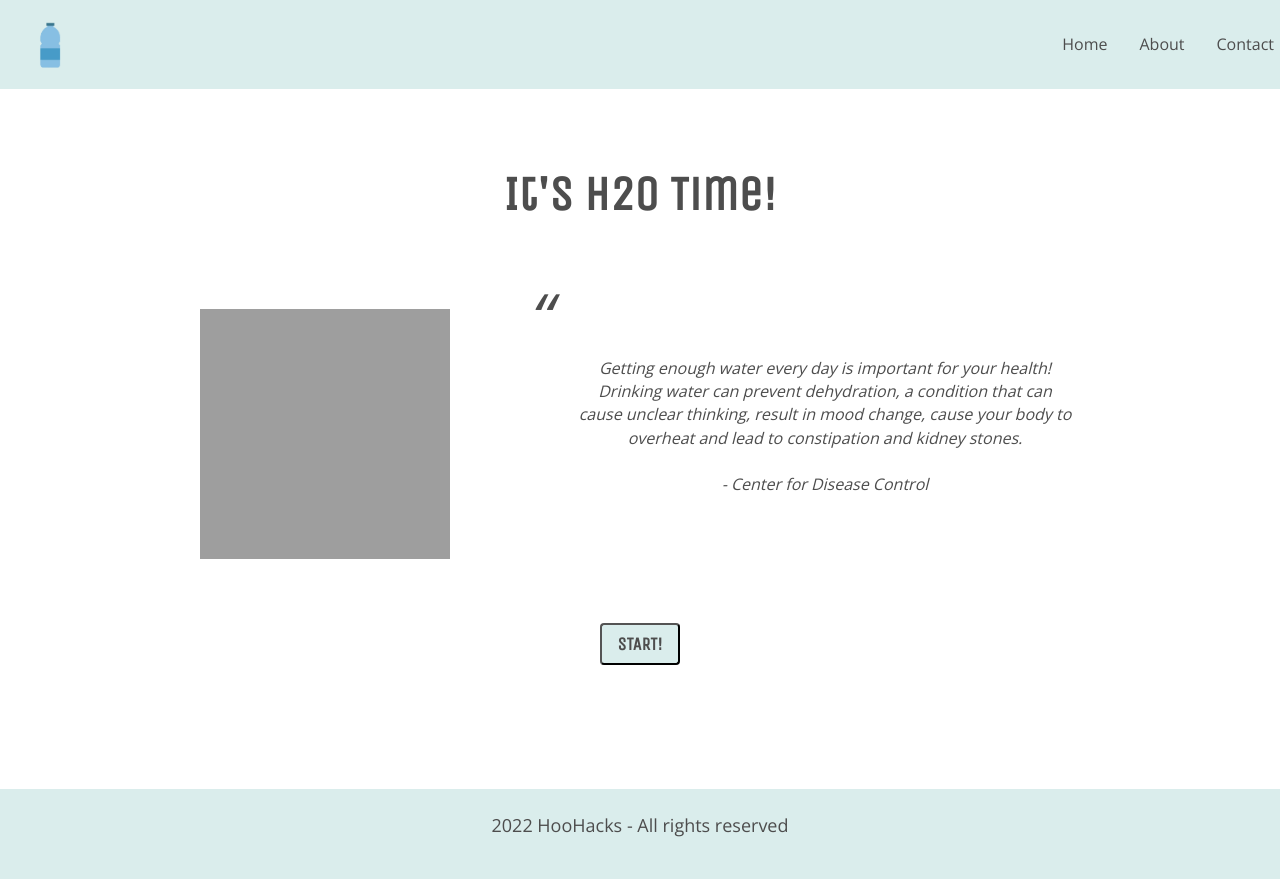
Repository: jennyjjung/H2ODaily
Page: index.html
These files come from the project's save history. The page is drawn as it stood at one moment and after the next save; the edit follows.
The browser window is 1280 px wide. The pictures show the whole page.
Pictures or frames that could not be fetched are drawn as grey boxes.

Above is the page before, as saved 2022-03-26 19:51:32.

### index.html
<!DOCTYPE html>
<html lang="en">
<head>
  <meta charset="UTF-8">
  <meta http-equiv="X-UA-Compatible" content="IE=edge">
  <meta name="viewport" content="width=device-width, initial-scale=1.0">
  <title>H2O Daily</title>
  <link href='https://fonts.googleapis.com/css?family=Unica One' rel='stylesheet'>
  <link href="https://fonts.googleapis.com/css2?family=Open+Sans:wght@400;600;700&display=swap" rel="stylesheet">
  <link rel="stylesheet" href="style.css" />
  <script src="main.js" defer></script>
</head>
<body>

  <nav id="navbar">
    <div class="navbar__logo">
      <a href="index.html"><img src="images/bottle.png" class="navbar__bottle"></a>
    </div>
    <div class="navbar__menu">
      <li class="navbar__menu__item"><a href="index.html">Home</a></li>
      <li class="navbar__menu__item"><a href="about.html">About</a></li>
      <li class="navbar__menu__item"><a href="contact.html">Contact</a></li>
    </div>
  </nav>

  <section id="home">
    <div class= "home__container">
      <h1 class="home__title">It's H2O Time! </h1>
      <div class="home__content">
        <img src="images/krusty_krab.png" alt="H2O Daily Logo" class="home__logo">
        <blockquote>
          Getting enough water every day is important for your health! Drinking water can prevent dehydration, a condition that can cause unclear thinking, result in mood change, cause your body to overheat and lead to constipation and kidney stones.
          <br><br>- Center for Disease Control
        </blockquote>
      </div>
      <button class="btn__home">START!</button>
    </div>
  </section>

  <section id="bottom">
    <div class= "bottom__container">
      <p class="bottom__rights">2022 HooHacks - All rights reserved</p>
    </div>
  </section>

</body>
</html>

### style.css
/* Global */
:root {
  /* Color */
  --color-white: #ffffff;
  --color-dark-grey: #4d4d4d;
  --color-blue: #daedec;
  --color-dark-blue: #b9d8d6;
  --color-yellow: rgb(241, 247, 208);

  /* Font weight */
  --weight-bold: 700;
  --weight-semi-bold: 600;
  --weight-regular: 400;

  /* Font Size */
  --font-large: 48px;
  --font-medium: 28px;
  --font-regular: 18px;
  --font-small: 16px;
  --font-micro: 14px;

  /* Size */
  --size-border-radius: 4px;
}

body {
  margin: 0;
  font-family: "Open Sans";
  cursor: default;
  text-align: center;
}

h1 {
  font-size: var(--font-large);
  font-weight: var(--weight-bold);
  color: var(--color-dark-grey);
  font-family: "Unica One";
  margin: 16px 0px;
}

p {
  font-size: var(--font-regular);
  font-weight: var(--weight-regular);
  color: var(--color-dark-grey);
  margin: 4px 0;
}

li {
  list-style: none;
}

a {
  text-decoration: none;
  color: var(--color-dark-grey);
}

blockquote {
  padding: 5%;
  color: var(--color-dark-grey);
  font-style: italic;
  line-height: 145%;
  position: relative;
  margin-top: 40px;
  width: 500px;
  margin-right: 0;
}

blockquote:before {
  content: "\201C";
  font-size: 400%;
  display: block;
  position: absolute;
  top: -5px;
  left: -3px;
}

/* Navbar */
#navbar {
  position: fixed;
  display: flex;
  justify-content: space-between;
  width: 100%;
  background-color: var(--color-blue);
  padding: 10px;
  align-items: center;
}

.navbar__menu {
  display: flex;
  margin-left: 25px;
}

.navbar__logo {
  font-size: var(--font-medium);
  font-weight: var(--weight-semi-bold);
  justify-content: center;
}

.navbar__bottle {
  width: 50px;
  padding-left: 20px;
  padding-top: 10px;
}

.navbar__menu__item {
  padding: 8px 12px;
  margin: 0 4px;
  cursor: pointer;
  border-radius: var(--size-border-radius);
}

.navbar__menu__item:hover {
  background-color: var(--color-dark-blue);
}

/* Home */
#home,
#contact,
#about {
  padding: 150px 40px 100px 40px;
}

.home__title {
  color: var(--color-dark-grey);
}

.home__content {
  display: flex;
  padding-top: 30px;
  width: 80%;
}

.home__container {
  display: flex;
  flex-direction: column;
  align-items: center;
  justify-content: center;
}

.home__logo {
  width: 250px;
  height: 250px;
  margin: 40px;
}

.btn__home {
  color: var(--color-dark-grey);
  background-color: var(--color-blue);
  font-size: var(--font-regular);
  font-weight: var(--weight-bold);
  font-family: "Unica One";
  margin: 24px;
  padding: 8px 16px;
  border-radius: var(--size-border-radius);
}

.btn__home:hover {
  background-color: var(--color-dark-blue);
}

#bottom {
  background-color: var(--color-blue);
  padding: 20px;
  text-align: center;
  height: 50px;
}

.about__content,
.contact__content {
  width: 70%;
  text-align: center;
  margin: auto;
}

Loaded but not shown: main.js (no copy from this time; the picture is the same without it)

After the next save:
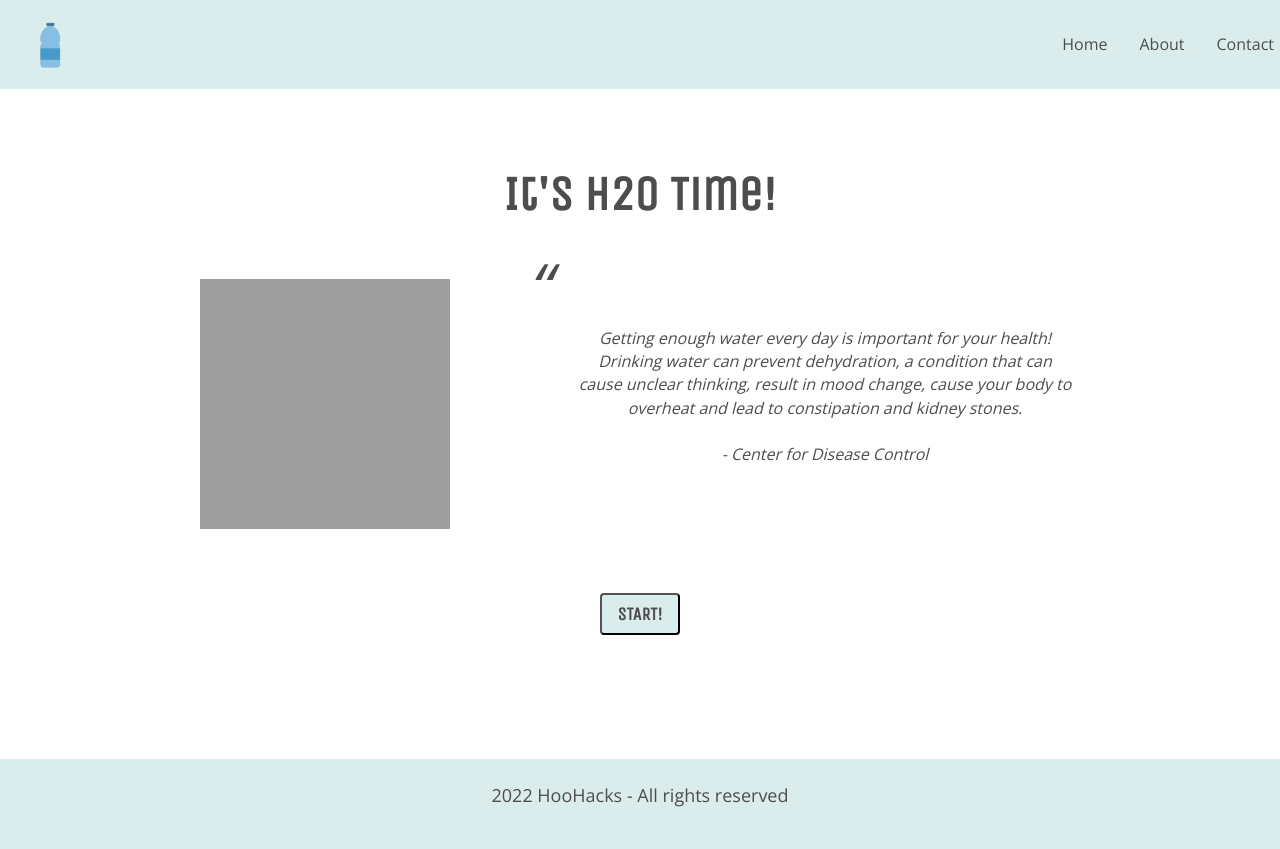
Saved 94 s later.
--- a/style.css
+++ b/style.css
@@ -126,7 +126,6 @@ blockquote:before {
 
 .home__content {
   display: flex;
-  padding-top: 30px;
   width: 80%;
 }
 
